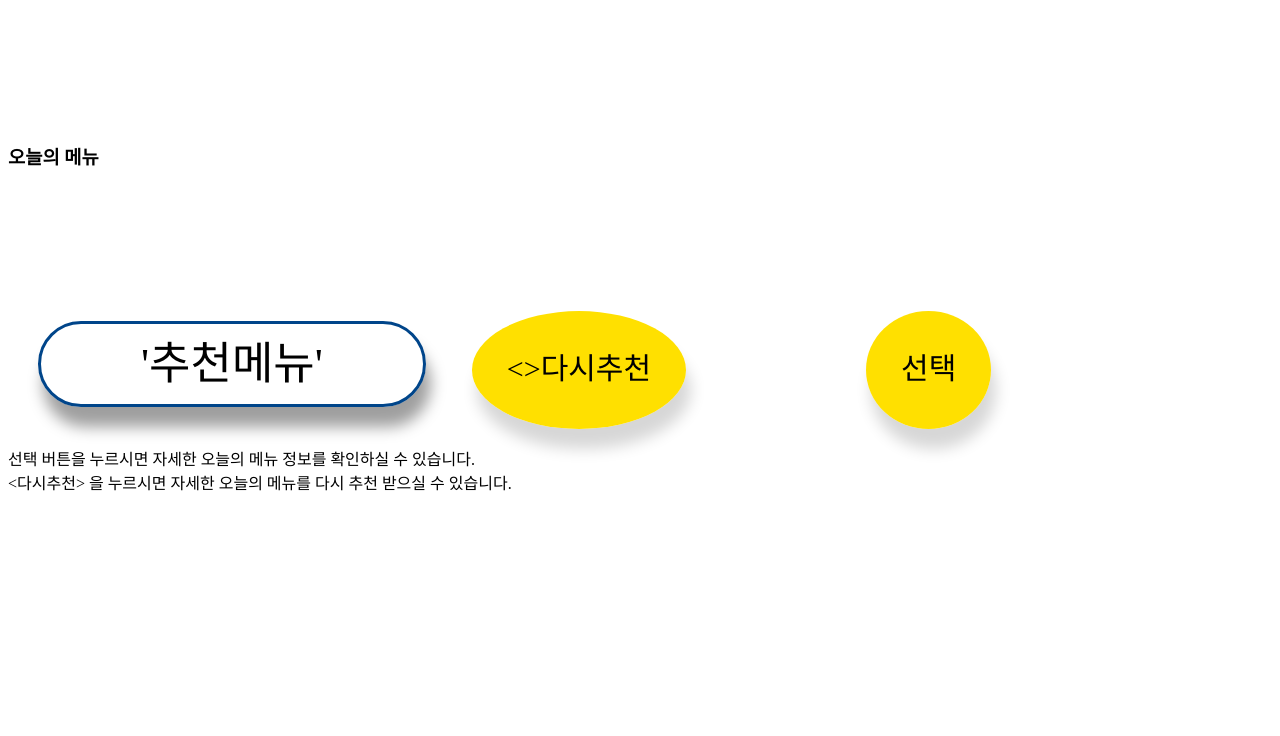
Repository: hkh00700/JustDoEat_Web
Page: http://localhost/justdoeat/WEB-INF/views/home.jsp
These files come from the project's save history. The page is drawn as it stood at one moment and after the next save; the edit follows.
The browser window is 1280 px wide. The pictures show the whole page.
The page is served by Tomcat 9. Nobody is signed in. Other server files are loaded and not shown. The template is opened directly, without the code that normally fills it, so the values that code supplies are empty.

Above is the page before, as saved 2021-05-18 02:49:45.

### justdoeat/src/main/webapp/WEB-INF/views/home.jsp
<%@ taglib uri="http://java.sun.com/jsp/jstl/core" prefix="c" %>
<%@ page language="java" contentType="text/html; charset=UTF-8"
    pageEncoding="UTF-8"%>
<html>
<head>
	<title>Home</title>
<style type="text/css">
.content {
height: 720px;
}

h3{
height: 300px;
line-height: 300px;
}
.content a:first-of-type{
width: 600px;
height: 120px;
margin: 40px 23px 42px 30px;
padding: 15px 100px 15px 100px;
border-radius: 60px;
box-shadow: 5px 20px 15px 0 rgba(0, 0, 0, 0.38);
border: solid 3px #00458a;
text-align: center;
font-size: 45px;
}
.select{
 width: 120px;
  height: 120px;
  margin: 40px 157px 42px 23px;
  padding: 41px 35px 44px;
  box-shadow: 5px 20px 15px 0 rgba(0, 0, 0, 0.16);
  background-color: #ffe000;
  border-radius: 50%;
  font-size: 30px;
}
.resel{
 width: 80px;
  height: 80px;
  margin: 40px 157px 42px 23px;
  padding: 41px 35px 44px;
  box-shadow: 5px 20px 15px 0 rgba(0, 0, 0, 0.16);
  background-color: #ffe000;
  border-radius: 50%;
  font-size: 30px;
}
</style>
</head>
<body>
	<div class="content">
		<h3>오늘의 메뉴</h3>
		<a>'추천메뉴'</a><a class='resel'><>다시추천</a><a class='select'>선택</a>
		<br/><br/><br/><br/>
		선택 버튼을 누르시면 자세한 오늘의 메뉴 정보를 확인하실 수 있습니다.<br/>
		<다시추천> 을 누르시면 자세한 오늘의 메뉴를 다시 추천 받으실 수 있습니다.

	</div>
</body>
</html>

After the next save:
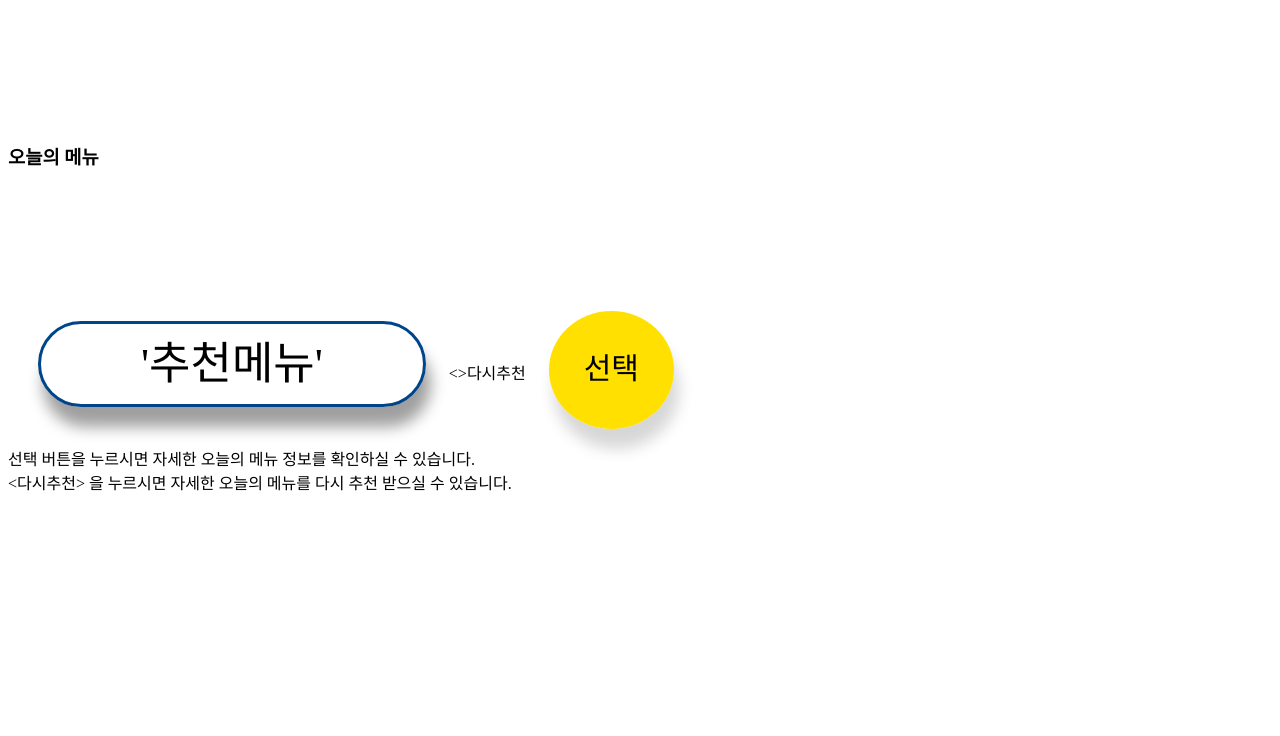
Saved 14 s later.
--- a/justdoeat/src/main/webapp/WEB-INF/views/home.jsp
+++ b/justdoeat/src/main/webapp/WEB-INF/views/home.jsp
@@ -34,16 +34,7 @@
   border-radius: 50%;
   font-size: 30px;
 }
-.resel{
- width: 80px;
-  height: 80px;
-  margin: 40px 157px 42px 23px;
-  padding: 41px 35px 44px;
-  box-shadow: 5px 20px 15px 0 rgba(0, 0, 0, 0.16);
-  background-color: #ffe000;
-  border-radius: 50%;
-  font-size: 30px;
-}
+
 </style>
 </head>
 <body>
